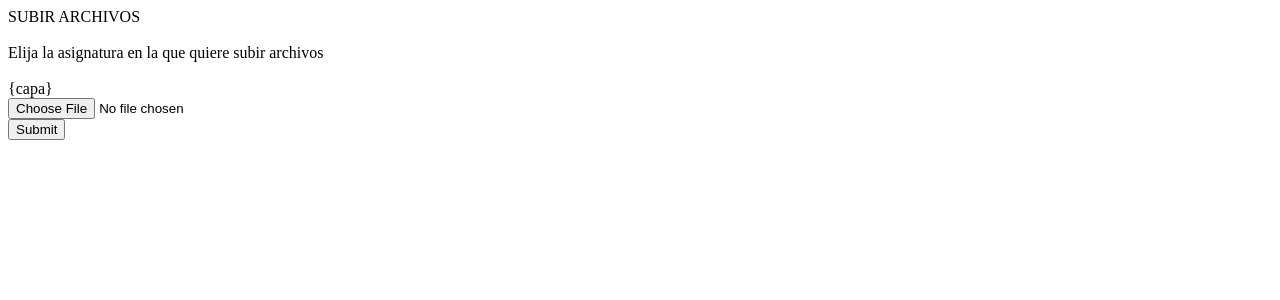
Repository: mmarjusticia/app_academia
Page: workspace/templates/_ViewSubirArchivos.html
The author's editor kept a record of every edit. The page is drawn from the files as they stood at one moment, then again after the next edit.
The browser window is 1280 px wide. The pictures show the whole page.

Above is the page before.

After the next edit:
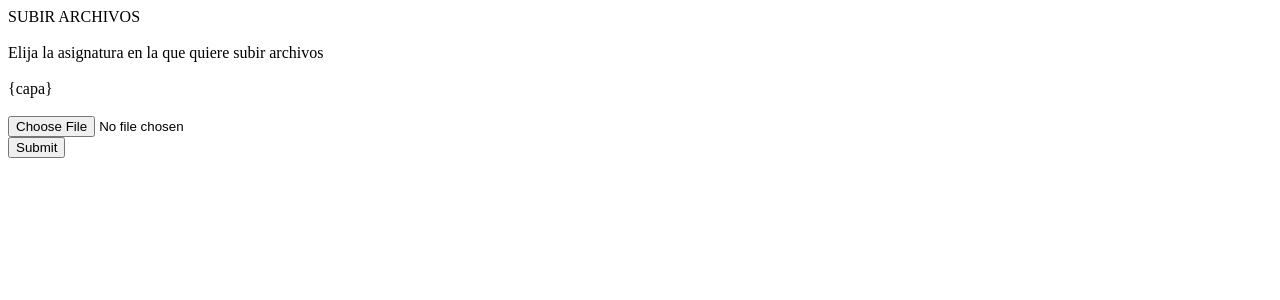
The edit:
--- a/workspace/templates/_ViewSubirArchivos.html
+++ b/workspace/templates/_ViewSubirArchivos.html
@@ -5,7 +5,7 @@
             <div id="seleccionarSubir">
                 <span class="tituloFormulario">SUBIR ARCHIVOS</span><br><br>
                 <span class="st">Elija la asignatura en la que quiere subir archivos</span><br><br>
-                <div>{capa}</div>
+                <div>{capa}</div><br>
 
                 <input class="inputf2" type="file" name="archivo" id="sel"/><br>
             </div>
